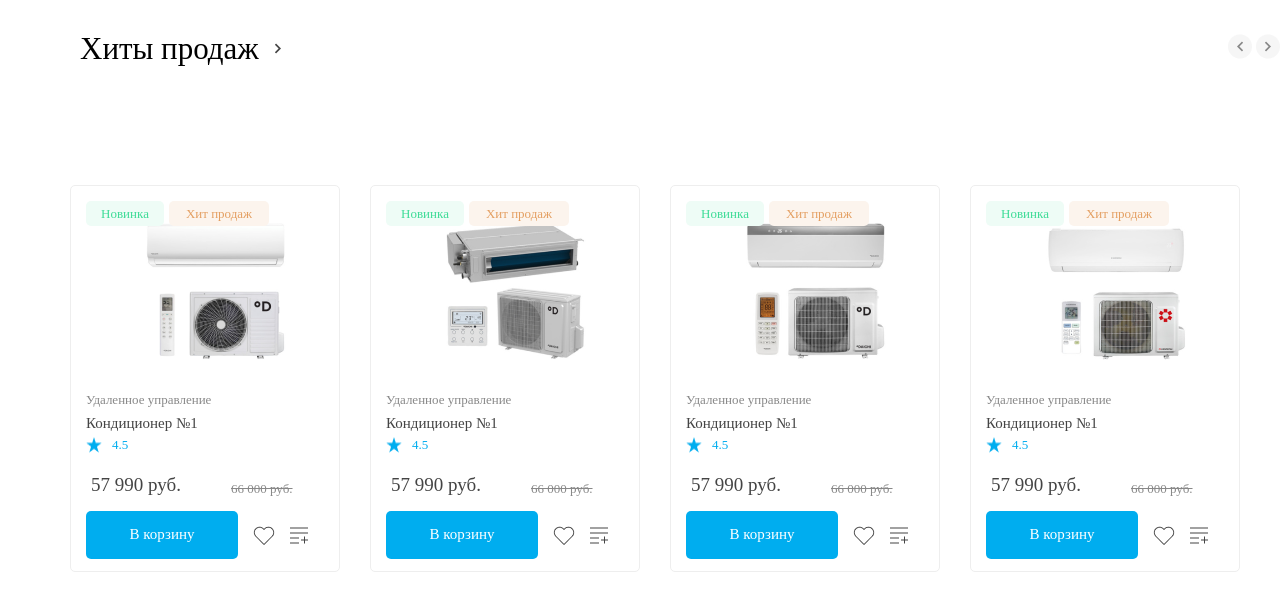
Repository: NikaMana/us
Page: index.html
These files come from the project's save history. The page is drawn as it stood at one moment and after the next save; the edit follows.
The browser window is 1280 px wide. The page is 1280 px wide, then 1286 px, so the pictures cover 1286 px, including what lies to the right of the window. The pictures show the whole page.

Above is the page before, as saved 2021-09-15 16:46:40.

### index.html
<!DOCTYPE html>
<html lang="ru">
<head>
    <meta charset="utf-8">
    <title>Main page</title>
    <meta name="viewport" content="widht=1100, initial-scale=1.0">
    <link rel="stylesheet" href="./styles.css">


</head>
<body>
<div class="welcome">
  <div class="welcome__container">
    <div class="welcome__up">
      <div class="welcome__left">
        <h1 class="welcome__hits">Хиты продаж</h1>
        <img class="welcome__arr" src="/img/arrbl.png" alt="blackarrow">
      </div>
      <div class="welcome__right">
        <img class="welcome__arr-left" src="/img/arrleft.png" alt="arrowleft">
        <img class="welcome__arr-right" src="/img/arrright.png" alt="arrowright">
      </div>
    </div>
      <div class="welcome__block-container">
        <div class="welcome__block">
          <div class="welcome__news">
            <div class="welcome__new">Новинка</div>
            <div class="welcome__sale">Хит продаж</div>
          </div>
          <img class="welcome__pic" src="/img/pic1.png" alt="condition">
          <h4 class="welcome__control">Удаленное управление</h4>
          <h3 class="welcome__condition">Кондиционер №1</h3>
          <div class="welcome__rating">
            <img class="welcome__star" src="/img/Star.png" alt="star">
            <span class="welcome__score">4.5</span>
          </div>
          <div class="welcome__price">
            <h2 class="welcome__price-current">57 990 руб.</h2>
            <h3 class="welcome__price-past">66 000 руб.</h3>
          </div>
          <div class="welcome__adding">
            <button class="welcome__button">В корзину</button>
            <img class="welcome__like" src="/img/like.png" alt="like">
            <img class="welcome__plus" src="/img/add.png" alt="add">
          </div>
        </div>
        <div class="welcome__block">
          <div class="welcome__news">
            <div class="welcome__new">Новинка</div>
            <div class="welcome__sale">Хит продаж</div>
          </div>
          <img class="welcome__pic" src="/img/pic2.png" alt="condition">
          <h4 class="welcome__control">Удаленное управление</h4>
          <h3 class="welcome__condition">Кондиционер №1</h3>
          <div class="welcome__rating">
            <img class="welcome__star" src="/img/Star.png" alt="star">
            <span class="welcome__score">4.5</span>
          </div>
          <div class="welcome__price">
            <h2 class="welcome__price-current">57 990 руб.</h2>
            <h3 class="welcome__price-past">66 000 руб.</h3>
          </div>
          <div class="welcome__adding">
            <button class="welcome__button">В корзину</button>
            <img class="welcome__like" src="/img/like.png" alt="like">
            <img class="welcome__plus" src="/img/add.png" alt="add">
          </div>
        </div>
        <div class="welcome__block">
          <div class="welcome__news">
            <div class="welcome__new">Новинка</div>
            <div class="welcome__sale">Хит продаж</div>
          </div>
          <img class="welcome__pic" src="/img/pic3.png" alt="condition">
          <h4 class="welcome__control">Удаленное управление</h4>
          <h3 class="welcome__condition">Кондиционер №1</h3>
          <div class="welcome__rating">
            <img class="welcome__star" src="/img/Star.png" alt="star">
            <span class="welcome__score">4.5</span>
          </div>
          <div class="welcome__price">
            <h2 class="welcome__price-current">57 990 руб.</h2>
            <h3 class="welcome__price-past">66 000 руб.</h3>
          </div>
          <div class="welcome__adding">
            <button class="welcome__button">В корзину</button>
            <img class="welcome__like" src="/img/like.png" alt="like">
            <img class="welcome__plus" src="/img/add.png" alt="add">
          </div>
        </div>
        <div class="welcome__block">
          <div class="welcome__news">
            <div class="welcome__new">Новинка</div>
            <div class="welcome__sale">Хит продаж</div>
          </div>
          <img class="welcome__pic" src="/img/pic4.png" alt="condition">
          <h4 class="welcome__control">Удаленное управление</h4>
          <h3 class="welcome__condition">Кондиционер №1</h3>
          <div class="welcome__rating">
            <img class="welcome__star" src="/img/Star.png" alt="star">
            <span class="welcome__score">4.5</span>
          </div>
          <div class="welcome__price">
            <h2 class="welcome__price-current">57 990 руб.</h2>
            <h3 class="welcome__price-past">66 000 руб.</h3>
          </div>
          <div class="welcome__adding">
            <button class="welcome__button">В корзину</button>
            <img class="welcome__like" src="/img/like.png" alt="like">
            <img class="welcome__plus" src="/img/add.png" alt="add">
          </div>
        </div>
      </div>
  </div>
</div>
</body>

### styles.css
*{
  margin: 0;
  padding: 0;
  box-sizing: border-box;
}
button{
  border: none;
  background: no-repeat;
}
h1, h2,h3,h4,h5{
  font-family: none;
}
.welcome{
  position: absolute;
  width: 100%;
  height: 100%;
  z-index: 0;
}
.welcome__up{
  display: flex;
  flex-direction: row;
  justify-content: space-between;
  align-items: center;
}
.welcome__left{
  display: flex;
  align-items: center;
  margin: 30px 80px;
}
.welcome__hits{
font-family: Gotham Pro;
font-size: 31px;
font-style: normal;
font-weight: 300;
line-height: 37px;
letter-spacing: 0em;
text-align: left;
margin-right: 15px;
}
.welcome__block-container{
  display: flex;
  flex-direction: row;
}
.welcome__news{
  z-index: 1;
  display: flex;
  position: fixed;
}
.welcome__new{
  margin-right: 5px;
align-items: center;
padding: 5px 10px;
position: static;
width: 78px;
height: 25px;
left: 0px;
top: 0px;
background: #EEFCF6;
border-radius: 5px;
font-family: Gotham Pro;
font-style: normal;
font-weight: normal;
font-size: 13px;
line-height: 15px;
text-align: center;
color: #3DDC97;
}
.welcome__sale{
  position: static;
  padding: 5px 10px;
width: 100px;
height: 25px;
left: 83px;
top: 0px;
background: #FCF4ED;
border-radius: 5px;
font-family: Gotham Pro;
font-style: normal;
font-weight: normal;
font-size: 13px;
line-height: 15px;
align-items: center;
text-align: center;
color: #E49F62;
}
.welcome__block{
height: 387px;
width: 270px;
left: 55px;
top: 88px;
border-radius: 5px;
position: relative;
height: 387px;
left: 55px;
right: 955px;
top: 88px;
background: #FFFFFF;
border: 1px solid #EEEEEE;
box-sizing: border-box;
border-radius: 5px;
margin: 0px 15px;
padding: 15px;
}
.welcome__pic{
z-index: 0;
margin: 15px;
height: 150px;
left: 20px;
right: 20px;
top: 20px;
}
.welcome__control{
  position: static;
width: 230px;
height: 19px;
left: 0px;
top: 0px;
font-family: Gotham Pro;
font-style: normal;
font-weight: normal;
font-size: 13px;
line-height: 19px;
color: #888888;
flex: none;
order: 0;
align-self: stretch;
flex-grow: 0;
margin: 5px 0px;
}
.welcome__condition{
  position: static;
width: 230px;
height: 18px;
left: 0px;
top: 0px;
font-family: Gotham Pro;
font-style: normal;
font-weight: normal;
font-size: 15px;
line-height: 18px;
color: #444444;
flex: none;
order: 0;
align-self: stretch;
flex-grow: 0;
margin: 5px 0px;
}
.welcome__rating{
  display: flex;
}
.welcome__star{
  position: static;
width: 16px;
height: 16px;
left: 0px;
top: 0px;
flex: none;
order: 0;
flex-grow: 0;
margin-right: 5px;
}
.welcome__score{
  position: static;
width: 165px;
height: 15px;
left: 21px;
top: 0px;
font-family: Gotham Pro;
font-style: normal;
font-weight: normal;
font-size: 13px;
line-height: 15px;
display: flex;
align-items: center;
color: #00ADEF;
flex: none;
order: 1;
flex-grow: 1;
margin: 0px 5px;
}
.welcome__price{
  display: flex;
  margin-top: 20px;
  margin-bottom: 15px;
}
.welcome__price-current{
  position: static;
width: 130px;
height: 23px;
left: 0px;
top: 0px;
font-family: Gotham Pro;
font-style: normal;
font-weight: normal;
font-size: 19px;
line-height: 23px;
display: flex;
align-items: flex-end;
color: #444444;
flex: none;
order: 0;
flex-grow: 0;
margin: 0px 5px;
}
.welcome__price-past{
  position: static;
width: 103px;
height: 23px;
left: 135px;
top: 0px;
font-family: Gotham Pro;
font-style: normal;
font-weight: normal;
font-size: 13px;
line-height: 15px;
display: flex;
align-items: flex-end;
text-decoration-line: line-through;
color: #888888;
flex: none;
order: 1;
flex-grow: 0;
margin: 0px 5px;
}
.welcome__adding{
  display: flex;
  align-items: center;
}
.welcome__button{
  display: flex;
flex-direction: row;
justify-content: center;
align-items: center;
padding: 14px 40px 16px;
position: static;
width: 152px;
height: 48px;
left: 0px;
top: 0px;
background: #00ADEF;
border-radius: 5px;
flex: none;
order: 0;
font-family: Gotham Pro;
font-style: normal;
font-weight: normal;
font-size: 15px;
line-height: 18px;
color: #FFFFFF;
margin-right: 15px;
cursor: pointer;
}
.welcome__like{
cursor: pointer;
margin-right: 15px;
}
.welcome__plus{
cursor: pointer;;
}

After the next save:
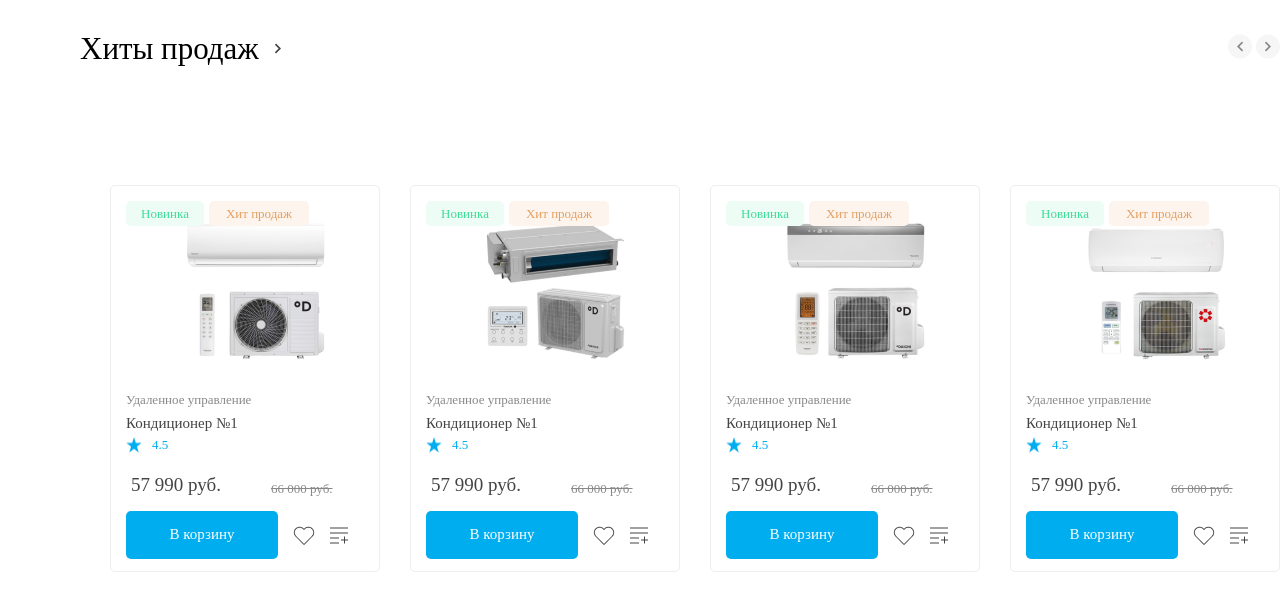
Saved 8 min 23 s later.
--- a/styles.css
+++ b/styles.css
@@ -40,6 +40,9 @@ margin-right: 15px;
 .welcome__block-container{
   display: flex;
   flex-direction: row;
+  flex-wrap: wrap;
+  align-content: center;
+  justify-content: center;
 }
 .welcome__news{
   z-index: 1;
